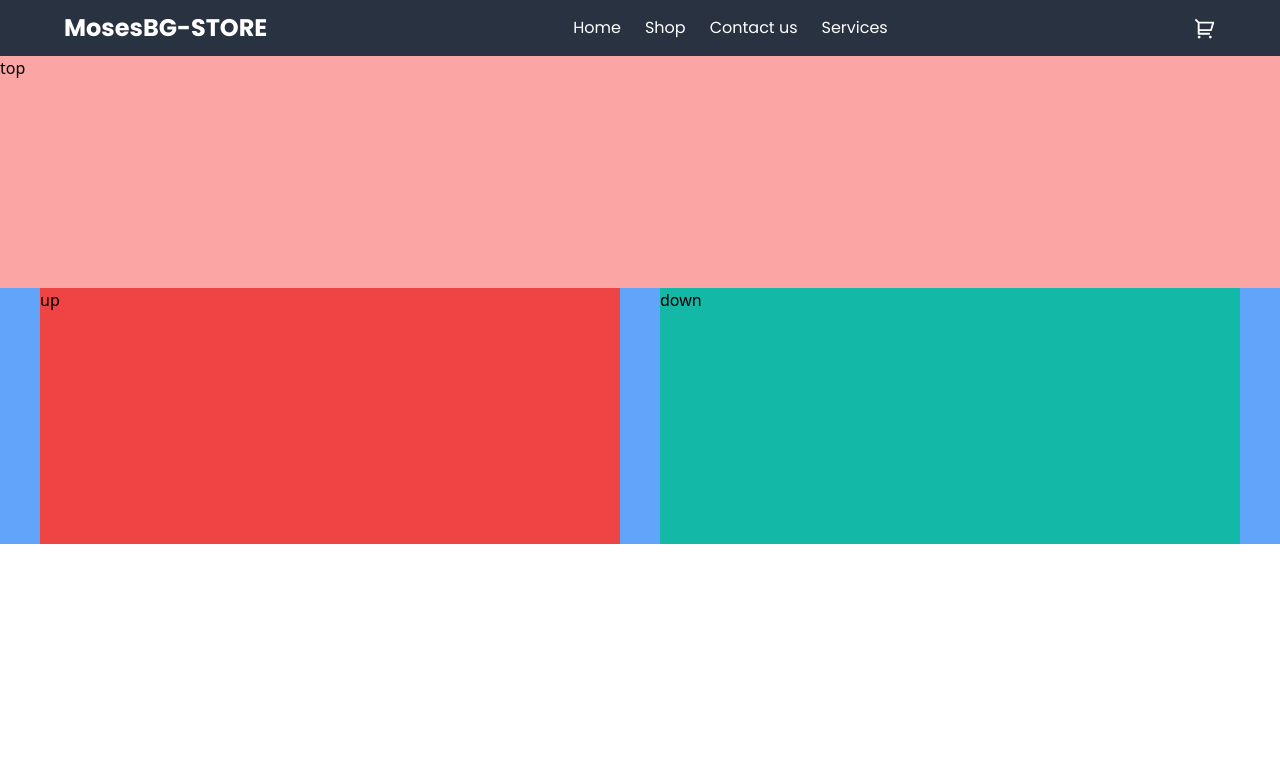
Repository: moshebengan/cart
Page: /fake-store/contact-us
An editor plug-in stored every save of this project. The page is shown before and after the next save, followed by the edit.
The browser window is 1280 px wide. The pictures show the whole page.
The project was rebuilt for these pictures with package versions that can differ from the ones it lists, and the page was loaded fresh each time. Also part of the build but not shown: vite.config.js, src/components/Error.jsx, src/utils/data.js, src/utils/apiCalls.js, src/components/Loading.jsx, src/components/Products.jsx, src/components/Footer.jsx, src/pages/HomePage.jsx and 5 more.

Above is the page before, as saved 2024-09-15 15:25:16.

### index.html
<!DOCTYPE html>
<html lang="en">
  <head>
    <meta charset="UTF-8" />
    <link rel="icon" type="image/svg+xml" href="/vite.svg" />
    <meta name="viewport" content="width=device-width, initial-scale=1.0" />
    <link rel="preconnect" href="https://fonts.googleapis.com" />
    <link rel="preconnect" href="https://fonts.gstatic.com" crossorigin />
    <link
      href="https://fonts.googleapis.com/css2?family=Poppins:ital,wght@0,100;0,200;0,300;0,400;0,500;0,600;0,700;0,800;0,900;1,100;1,200;1,300;1,400;1,500;1,600;1,700;1,800;1,900&display=swap"
      rel="stylesheet"
    />
    <title>MosesBG-SHOP</title>
  </head>
  <body>
    <div id="root"></div>
    <script type="module" src="/src/main.jsx"></script>
  </body>
</html>

### src/main.jsx
import { StrictMode } from 'react'
import { createRoot } from 'react-dom/client'

import './index.css'
import { createBrowserRouter, RouterProvider } from 'react-router-dom'
import routes from './routes.jsx'

const router = createBrowserRouter(routes)

createRoot(document.getElementById('root')).render(
  <StrictMode>
    <RouterProvider router={router} />
  </StrictMode>,
)

### src/index.css
@tailwind base;
@tailwind components;
@tailwind utilities;

body,
html {
  height: 100%;
  width: 100%;
}

.container {
  width: 90%;
  margin: auto;
}

### src/routes.jsx
import Error from "./components/Error";
import ContactUs from "./pages/ContactUs";
import HomePage from "./pages/HomePage";
import MyCart from "./pages/MyCart";
import NavigationBar from "./pages/NavigationBar";
import ShopPage from "./pages/ShopPage";


const routes = [
	{
		path: '/fake-store',
		element: <NavigationBar />,
		children: [
			{
				path:"home",
				element:<HomePage/>,
				errorElement: <Error/>
			},
			{ 	path: 'shop',
				 	element: <ShopPage />,
					errorElement: <Error/>

			},
			{
				path: 'cart',
				element: <MyCart />,
				errorElement: <Error/>
			},
			{
				path:'contact-us',
				element: <ContactUs/>,
				errorElement: <Error />
			}
		]

	},

];

export default routes

### src/pages/ContactUs.jsx


const ContactUs = () => {
  return (
    <div className="w-full h-screen flex flex-col relative">
      <div className="w-full flex-1 bg-red-300">top</div>
      <div className="w-full flex-auto bg-blue-400  flex flex-row justify-evenly items-center gap-10">
        <div className="ml-10 flex-1 h-full bg-red-500" >up</div>
        <div className=" mr-10 flex-1 h-full bg-teal-500">down</div>
        {/* <div className="absolute -top-10 left-10 bg-yellow-300 flex-initial w-64">left</div>
        <div className="absolute -top-10 right-10 bg-pink-400 flex-initial w-32 ">right</div> */}
      </div>
      <div className="bg-white flex-1"></div>
    </div>
  )
}

export default ContactUs

### src/pages/NavigationBar.jsx
import { useState } from "react";
import { Link, Outlet } from "react-router-dom";
import { IoMdMenu, IoMdClose } from "react-icons/io";
import Cart from "../components/Cart";

const NavigationBar = () => {
  const [isOpen, setIsOpen] = useState(false);
  const [cartItems, setCartItems] = useState(0);

  const openNav = () => {
    setIsOpen(!isOpen);
  };

  const resetNav = () => {
    if (isOpen) setIsOpen(!isOpen);
  };

  return (
    <>
      <div className="w-full bg-dark-blue font-poppins">
        <div className="container">
          <nav className="py-3 flex justify-between items-center text-white">
            <h1 className="font-bold text-2xl">MosesBG-STORE</h1>
            <div className="hidden md:flex gap-6">
              <Link to={"/fake-store/home"}>Home</Link>
              <Link to={"/fake-store/shop"}>Shop</Link>
              <Link to={"/fake-store/contact-us"}>Contact us</Link>
              <Link>Services</Link>
            </div>
            <div className="flex flex-row items-center gap-5">
              <Cart resetNav={resetNav} items={cartItems} />
              <div className="z-50 md:hidden">
                <button className="flex items-center">
                  {isOpen ? (
                    <IoMdClose className="p1" onClick={openNav} />
                  ) : (
                    <IoMdMenu className="p1" onClick={openNav} />
                  )}
                </button>
              </div>
            </div>
          </nav>
          <div
            className={`container text-dark-blue ${
              isOpen ? "block" : "hidden"
            } `}
          >
            <div className="z-40 fixed top-0 left-0 bottom-0 w-full bg-dark-blu opacity-35"></div>
            <nav className="z-50 fixed top-0 left-0 bottom-0 flex flex-col gap-10 w-5/6 max-w-sm py-6 px-6 bg-[#F8F8F8] overflow-y-auto">
              <div>
                <h1 className="font-bold text-3xl">MosesBG-SHOP</h1>
                <hr className="h-px mt-3 bg-gray-200 border-0" />
              </div>
              <div className="flex flex-col gap-5">
                <Link
                  to={"/fake-store"}
                  className="nav-item-hover"
                  onClick={resetNav}
                >
                  Home
                </Link>
                <Link
                  to={"/fake-store/shop"}
                  className="nav-item-hover"
                  onClick={resetNav}
                >
                  Shop
                </Link>
                <Link className="nav-item-hover">Contact Us</Link>
                <Link className="nav-item-hover">Services</Link>
                <hr className="h-px mt-3 bg-gray-200 border-0" />
              </div>
            </nav>
          </div>
        </div>
      </div>
      <div className="h-screen w-auto">
        <Outlet context={[cartItems, setCartItems]} />
      </div>
    </>
  );
};

export default NavigationBar;

### src/components/Cart.jsx
import { RiShoppingCart2Line } from "react-icons/ri";
import { Link } from "react-router-dom";

const Cart = ({ resetNav, items }) => {
  return (
    <Link to={"/fake-store/cart"} onClick={resetNav}>
      <div className="relative">
        <RiShoppingCart2Line size={"1.4em"} />
        <span className="absolute text-xs bg-orange-500 p-0.3 px-1 text-red-50 rounded-full -top-1.5 left-4">
          {items > 0 ? items : ""}
        </span>
      </div>
    </Link>
  );
};

export default Cart;

### tailwind.config.js
/** @type {import('tailwindcss').Config} */
export default {
  content: [
    "./index.html",
    "./src/**/*.{js,ts,jsx,tsx}",
  ],
  theme: {
    fontFamily: {
      poppins: ["Poppins", "sans-serif"]
    },
    extend: {
      backgroundImage: {
        "homepage-image": "url('/public/bghomepage.jpg')",
        "homepage-darker": "url('/public/darkerbg.jpg')"
      },
      colors: {
      "dark-blue": "#293241"
    },
    keyframes: {
      'fade-in-out': {
        '0%': { opacity: '0', transform: 'scale(0.95)' },
        '100%': { opacity: '1', transform: 'scale(1)' },
      },
    },
    animation: {
      'fade-in-out': 'fade-in-out 0.5s ease-in-out', // Customize duration and easing
    },
  }
  },
  plugins: [],
}

After the next save:
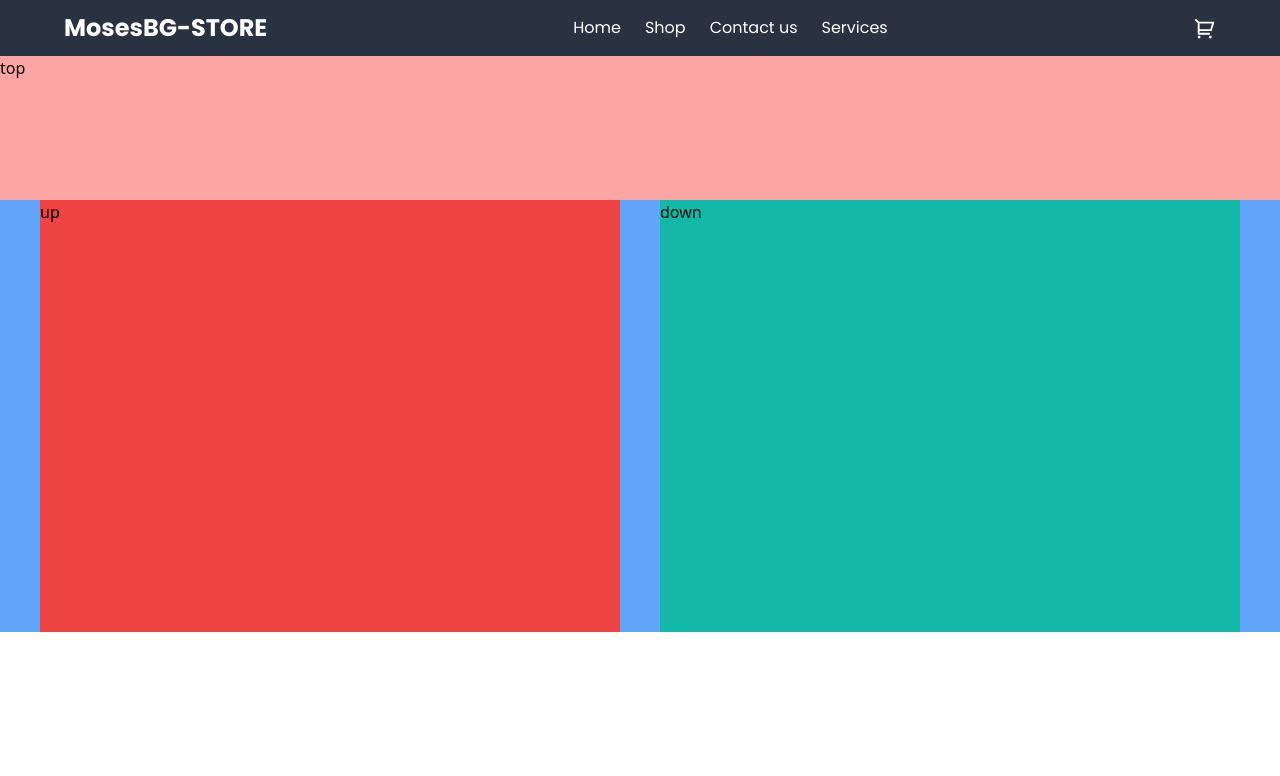
Saved 45 s later.
--- a/src/pages/ContactUs.jsx
+++ b/src/pages/ContactUs.jsx
@@ -3,14 +3,14 @@
 const ContactUs = () => {
   return (
     <div className="w-full h-screen flex flex-col relative">
-      <div className="w-full flex-1 bg-red-300">top</div>
-      <div className="w-full flex-auto bg-blue-400  flex flex-row justify-evenly items-center gap-10">
+      <div className="w-full h-[20%] bg-red-300">top</div>
+      <div className="w-full h-[60%] bg-blue-400  flex flex-row justify-evenly items-center gap-10">
         <div className="ml-10 flex-1 h-full bg-red-500" >up</div>
         <div className=" mr-10 flex-1 h-full bg-teal-500">down</div>
         {/* <div className="absolute -top-10 left-10 bg-yellow-300 flex-initial w-64">left</div>
         <div className="absolute -top-10 right-10 bg-pink-400 flex-initial w-32 ">right</div> */}
       </div>
-      <div className="bg-white flex-1"></div>
+      <div className="bg-white w-full h-[20%]"></div>
     </div>
   )
 }
